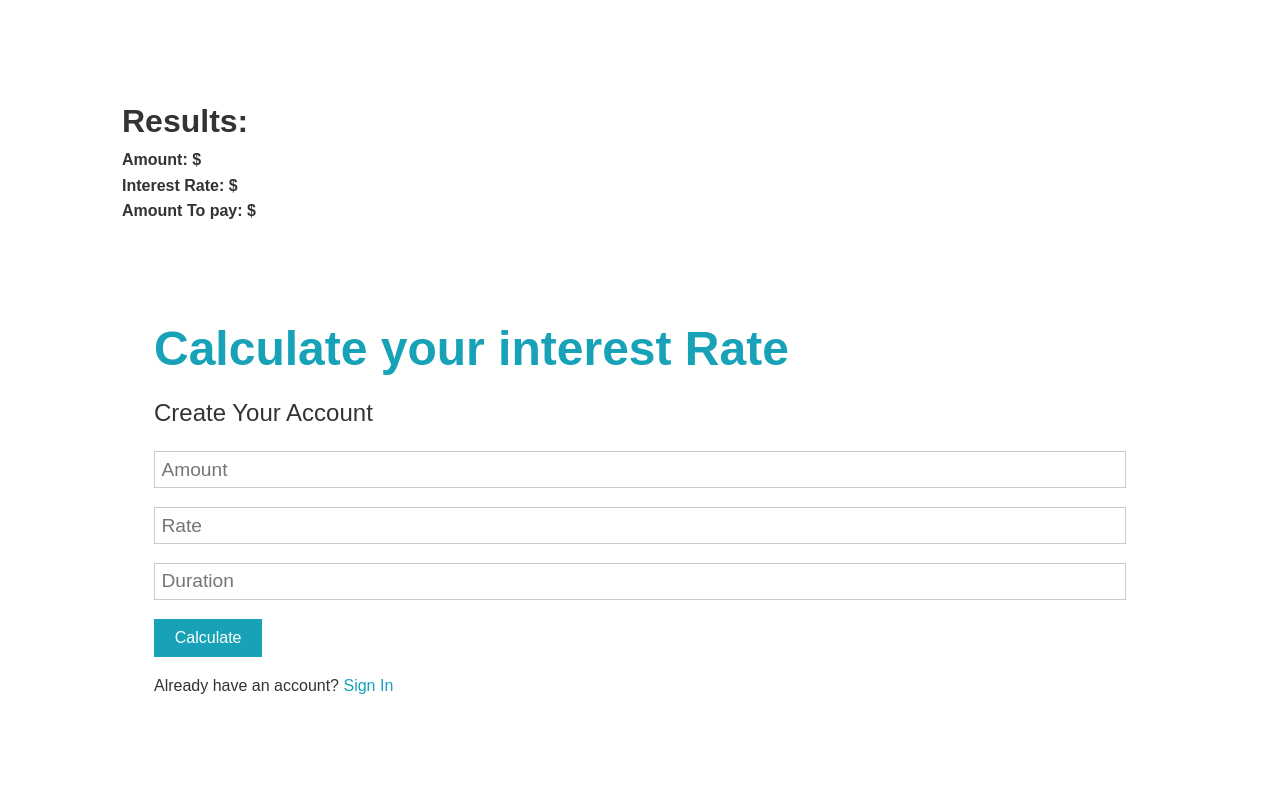
Repository: codding-ideas/loan-calculator
Page: / (app in client/)
These files come from the project's save history. The page is drawn as it stood at one moment and after the next save; the edit follows.
The browser window is 1280 px wide. The pictures show the whole page.
The project was rebuilt for these pictures with package versions that can differ from the ones it lists, and the page was loaded fresh each time.

Above is the page before, as saved 2019-07-09 09:26:19.

### client/src/index.js
import React from 'react';
import ReactDOM from 'react-dom';
import { Provider } from 'react-redux';
import { createStore, applyMiddleware } from 'redux';
import reduxThunk from 'redux-thunk';
import { composeWithDevTools} from 'redux-devtools-extension';
import rootReducer from './redux/reducers'
import App from './App';


// const store = createStore(users, composeWithDevTools(applyMiddleware(reduxThunk)) )
const store = createStore(rootReducer, composeWithDevTools(applyMiddleware(reduxThunk)))

ReactDOM.render(
<Provider store = {store}>

  <App />

  </Provider>,
document.getElementById('root'));

### client/src/redux/reducers/index.js
import { combineReducers } from 'redux';
import loanReducer from './loanReducer'


export default combineReducers({
  loan: loanReducer
})

### client/src/App.js
import React, { useState} from 'react';
import Results from '../src/componets/Results';
import CalculateInterestForm from '../src/componets/Forms//CalculateInterestForm'
import './App.css';

function App() {


  return (
    <div className='container'>
       < Results />
      <CalculateInterestForm/>

    </div>
  )
}

export default App;

### client/src/redux/reducers/loanReducer.js


const initialState = {
//  amount: [],
//  rate: '',
//  convertedRate: '',
//  duration: '',
//  interestRate: '',
//  amountToPay: ''

 amount:'',
 rate: '',
 duration: '',
 interestRate: '',
 amountToPay: ''

}

export default (state = initialState, action) => {
  switch(action.type){
    case 'CREATE_INTEREST':
     return {
      ...state,
       amount: action.payload.amount,
       rate: parseFloat( action.payload.rate/100).toFixed(3),
       duration: action.payload.duration,
       interestRate: parseFloat((action.payload.amount) * (action.payload.rate/100) * (action.payload.duration)).toFixed(3),


       amountToPay: parseFloat(action.payload.amount + ((action.payload.amount) * (action.payload.rate/100) * (action.payload.duration))).toFixed(3)

     }
     default:
      return state
  }
}

### client/src/componets/Results.js
import React from 'react';
import { connect } from 'react-redux';

const Results = (props) => {
    console.log(props.loan.amount)
    return (
        <div>
            <h1>Results:</h1>
            <h4>Amount: $ {props.loan.amount}</h4>
            <h4>Interest Rate: ${props.loan.interestRate}</h4>
            <h4>Amount To pay: ${props.loan. amountToPay}</h4>
        </div>
    )
}

const mapStateToProps = (state) => {
     return {
         loan: state.loan
     }
}

export default connect(mapStateToProps, null) (Results)

### client/src/componets/Forms/CalculateInterestForm.js
import React, { useState} from 'react';
import { connect } from 'react-redux';
import { createLoan} from '../../redux/actions/loanAction'

const CalculateInterestForm = (props) => {
  const initialState = {
    amount: "",
    rate: "",
    duration: ""

  };

     const [formData, setFormData ] = useState(initialState)

   //Create on change methods
   //This method update the state values
   const onChange = (e) => {
     setFormData({...formData, [e.target.name]: e.target.value})
   }

  //Onsubmit
  const onFormSubmit = e => {
    e.preventDefault();
    props.createLoan(formData);
  };


  return (
    <div className="App">
        <section className="container">
      <h3 className="large text-primary">Calculate your interest Rate</h3>
      <p className="lead"><i className="fas fa-money"></i> Create Your Account</p>
      <form className="form" onSubmit = {onFormSubmit}>
        <div className="form-group">
          <input type="text" placeholder="Amount" name="amount"   onChange = {onChange}/>
        </div>
        <div className="form-group">
          <input type="text" placeholder="Rate" name="rate" onChange = {e => onChange(e)} />

        </div>
        <div className="form-group">
          <input
            type="text"
            placeholder="Duration"
            name="duration"
            onChange = {onChange}
          />
        </div>

        <input type="submit" className="btn btn-primary" value="Calculate" />
      </form>
      <p className="my-1">
        Already have an account? <a href="login.html">Sign In</a>
      </p>
    </section>
    </div>
  );
}

export default connect(null, {createLoan}) (CalculateInterestForm)

### client/src/App.css
/* Global Styles */
:root {
  --primary-color: #17a2b8;
  --dark-color: #343a40;
  --light-color: #f4f4f4;
  --danger-color: #dc3545;
  --success-color: #28a745;
}

* {
  box-sizing: border-box;
  margin: 0;
  padding: 0;
}

body {
  font-family: 'Raleway', sans-serif;
  font-size: 1rem;
  line-height: 1.6;
  background-color: #fff;
  color: #333;
}

a {
  color: var(--primary-color);
  text-decoration: none;
}

ul {
  list-style: none;
}

img {
  width: 100%;
}

/* Utilities */
.container {
  max-width: 1100px;
  margin: auto;
  overflow: hidden;
  padding: 0 2rem;
  margin-top: 6rem;
  margin-bottom: 3rem;
}

/* Text Styles*/
.x-large {
  font-size: 4rem;
  line-height: 1.2;
  margin-bottom: 1rem;
}

.large {
  font-size: 3rem;
  line-height: 1.2;
  margin-bottom: 1rem;
}

.lead {
  font-size: 1.5rem;
  margin-bottom: 1rem;
}

.text-center {
  text-align: center;
}

.text-primary {
  color: var(--primary-color);
}

.text-dark {
  color: var(--dark-color);
}

/* Padding */
.p {
  padding: 0.5rem;
}

.p-1 {
  padding: 1rem;
}

.p-2 {
  padding: 2rem;
}

.p-3 {
  padding: 3rem;
}

.py {
  padding: 0.5rem 0;
}

.py-1 {
  padding: 1rem 0;
}

.py-2 {
  padding: 2rem 0;
}

.py-3 {
  padding: 3rem 0;
}

/* Margin */
.m {
  margin: 0.5rem;
}

.m-1 {
  margin: 1rem;
}

.m-2 {
  margin: 2rem;
}

.m-3 {
  margin: 3rem;
}

.my {
  margin: 0.5rem 0;
}

.my-1 {
  margin: 1rem 0;
}

.my-2 {
  margin: 2rem 0;
}

.my-3 {
  margin: 3rem 0;
}

.btn {
  display: inline-block;
  background: var(--light-color);
  color: #333;
  padding: 0.4rem 1.3rem;
  font-size: 1rem;
  border: none;
  cursor: pointer;
  margin-right: 0.5rem;
  transition: opacity 0.2s ease-in;
  outline: none;
}

.badge {
  font-size: 0.8rem;
  padding: 0.1rem;
  text-align: center;
  margin: 0.3rem;
  background: var(--light-color);
  color: #333;
}

.alert {
  padding: 0.8rem;
  margin: 1rem 0;
  opacity: 0.9;
  background: var(--light-color);
  color: #333;
}

.btn-primary,
.bg-primary,
.badge-primary,
.alert-primary {
  background: var(--primary-color);
  color: #fff;
}

.btn-light,
.bg-light,
.badge-light,
.alert-light {
  background: var(--light-color);
  color: #333;
}

.btn-dark,
.bg-dark,
.badge-dark,
.alert-dark {
  background: var(--dark-color);
  color: #fff;
}

.btn-danger,
.bg-danger,
.badge-danger,
.alert-danger {
  background: var(--danger-color);
  color: #fff;
}

.btn-success,
.bg-success,
.badge-success,
.alert-success {
  background: var(--success-color);
  color: #fff;
}

.btn-white,
.bg-white,
.badge-white,
.alert-white {
  background: #fff;
  color: #333;
  border: #ccc solid 1px;
}

.btn:hover {
  opacity: 0.8;
}

.bg-light,
.badge-light {
  border: #ccc solid 1px;
}

.round-img {
  border-radius: 50%;
}

.line {
  height: 1px;
  background: #ccc;
  margin: 1.5rem 0;
}

/* Overlay */
.dark-overlay {
  background-color: rgba(0, 0, 0, 0.7);
  position: absolute;
  top: 0;
  left: 0;
  width: 100%;
  height: 100%;
}

/* Forms */
.form .form-group {
  margin: 1.2rem 0;
}

.form .form-text {
  display: block;
  margin-top: 0.3rem;
  color: #888;
}

.form input[type='text'],
.form input[type='email'],
.form input[type='password'],
.form input[type='date'],
.form select,
.form textarea {
  display: block;
  width: 100%;
  padding: 0.4rem;
  font-size: 1.2rem;
  border: 1px solid #ccc;
}

.form input[type='submit'],
button {
  font: inherit;
}

.form .social-input {
  display: flex;
}

.form .social-input i {
  padding: 0.5rem;
  width: 4rem;
}

.form .social-input i.fa-twitter {
  color: #38a1f3;
}

.form .social-input i.fa-facebook {
  color: #3b5998;
}

.form .social-input i.fa-instagram {
  color: #3f729b;
}

.form .social-input i.fa-youtube {
  color: #c4302b;
}

.form .social-input i.fa-linkedin {
  color: #0077b5;
}

.table th,
.table td {
  padding: 1rem;
  text-align: left;
}

.table th {
  background: var(--light-color);
}

/* Navbar */
.navbar {
  display: flex;
  justify-content: space-between;
  align-items: center;
  padding: 0.7rem 2rem;
  position: fixed;
  z-index: 1;
  width: 100%;
  top: 0;
  background: #014e14;
  border-bottom: solid 1px var(--primary-color);
  opacity: 0.9;
}

.navbar ul {
  display: flex;
}

.navbar a {
  color: #fff;
  padding: 0.45rem;
  margin: 0 0.25rem;
}

.navbar a:hover {
  color: var(--primary-color);
}

.navbar .welcome span {
  margin-right: 0.6rem;
}

/* Landing Page */
.landing {
  position: relative;
  background: url('./img/showcase.jpg') no-repeat center center/cover;
  height: 100vh;
}

.landing-inner {
  color: #fff;
  height: 100%;
  width: 80%;
  margin: auto;
  display: flex;
  flex-direction: column;
  align-items: center;
  justify-content: center;
  text-align: center;
}

/* Profiles Page */
.profile {
  display: grid;
  grid-template-columns: 2fr 4fr 2fr;
  align-items: center;
  grid-gap: 2rem;
  padding: 1rem;
  line-height: 1.8;
  margin-bottom: 1rem;
}

/* Profile Page */
.profile-grid {
  display: grid;
  grid-template-areas:
    'top top'
    'about about'
    'exp edu'
    'github github';
  grid-gap: 1rem;
}

.profile-top {
  grid-area: top;
  display: flex;
  flex-direction: column;
  align-items: center;
  justify-content: center;
  text-align: center;
}

.profile-top img {
  width: 250px;
}

.profile-top .icons a {
  color: #fff;
  margin: 0 0.3rem;
}

.profile-top .icons a:hover {
  color: var(--dark-color);
}

.profile-about {
  grid-area: about;
  text-align: center;
}

.profile-about .skills {
  display: flex;
  align-items: center;
  justify-content: center;
  text-align: center;
}

.profile-exp {
  grid-area: exp;
}

.profile-edu {
  grid-area: edu;
}

.profile-exp h2,
.profile-edu h2 {
  margin-bottom: 1rem;
}

.profile-exp>div,
.profile-edu>div {
  margin-bottom: 1rem;
  padding-bottom: 1rem;
  border-bottom: #ccc 1px dotted;
}

.profile-exp>div:last-child,
.profile-edu>div:last-child {
  border: 0;
}

.profile-exp p,
.profile-edu p {
  margin: 0.5rem 0;
}

.profile-github {
  grid-area: github;
}

.profile-github .repo {
  display: flex;
}

.profile-github .repo>div:first-child {
  flex: 7;
  flex-basis: 70%;
}

.profile-github>div:last-child {
  flex: 3;
  flex-basis: 20%;
}

/* Posts Page */
.post-form .post-form-header {
  background: var(--primary-color);
  padding: 0.5rem;
}

.post {
  display: grid;
  grid-template-columns: 1fr 4fr;
  grid-gap: 2rem;
  align-items: center;
}

.post>div:first-child {
  text-align: center;
}

.post img {
  width: 100px;
}

.post .comment-count {
  background: var(--light-color);
  color: var(--primary-color);
  padding: 0.1rem 0.2rem;
  border-radius: 5px;
  font-size: 0.8rem;
}

.post .post-date {
  color: #aaa;
  font-size: 0.8rem;
  margin-bottom: 0.5rem;
}

/* Mobile Styles */
@media (max-width: 700px) {
  .container {
    margin-top: 8rem;
  }

  .hide-sm {
    display: none;
  }

  /* Text Styles */
  .x-large {
    font-size: 3rem;
  }

  .large {
    font-size: 2rem;
  }

  .lead {
    font-size: 1rem;
  }

  /* Navbar */
  .navbar {
    display: block;
    text-align: center;
  }

  .navbar ul {
    text-align: center;
    justify-content: center;
  }

  .navbar h1 {
    margin-bottom: 1rem;
  }

  .navbar .welcome {
    display: none;
  }

  /* Profiles Page */
  .profile {
    grid-template-columns: 1fr;
    text-align: center;
  }

  .profile ul {
    display: none;
  }

  /* Profile Page */

  .profile-top img,
  .profile img {
    width: 200px;
    margin: auto;
  }

  .profile-grid {
    grid-template-areas:
      'top'
      'about'
      'exp'
      'edu'
      'github';
  }

  .profile-about .skills {
    flex-direction: column;
  }

  .dash-buttons a {
    display: block;
    width: 100%;
    margin-bottom: 0.2rem;
  }

  .post {
    grid-template-columns: 1fr;
  }

  .post a,
  .post button {
    padding: 0.3rem 0.4rem;
  }
}

### client/src/redux/actions/loanAction.js
import axios from 'axios';

export const createLoan = (values) => {
   return function(dispatch){
     axios.post('/api/loan', values)
     .then((loan) => {
      dispatch({
       type: 'CREATE_INTEREST',
       payload: loan.data
      })
     })
   }

}

After the next save:
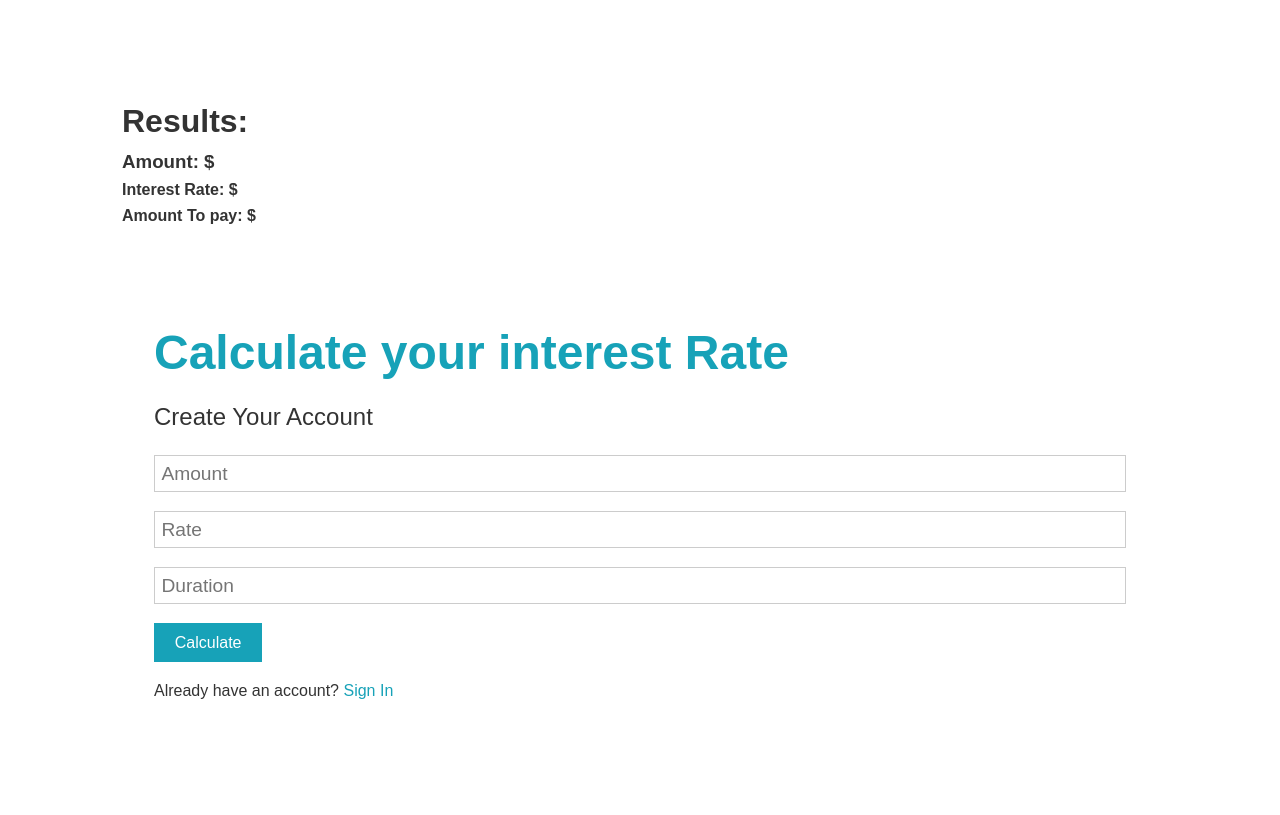
Saved 8 s later.
--- a/client/src/componets/Results.js
+++ b/client/src/componets/Results.js
@@ -6,7 +6,7 @@ const Results = (props) => {
     return (
         <div>
             <h1>Results:</h1>
-            <h4>Amount: $ {props.loan.amount}</h4>
+            <h3>Amount: $ {props.loan.amount}</h3>
             <h4>Interest Rate: ${props.loan.interestRate}</h4>
             <h4>Amount To pay: ${props.loan. amountToPay}</h4>
         </div>
